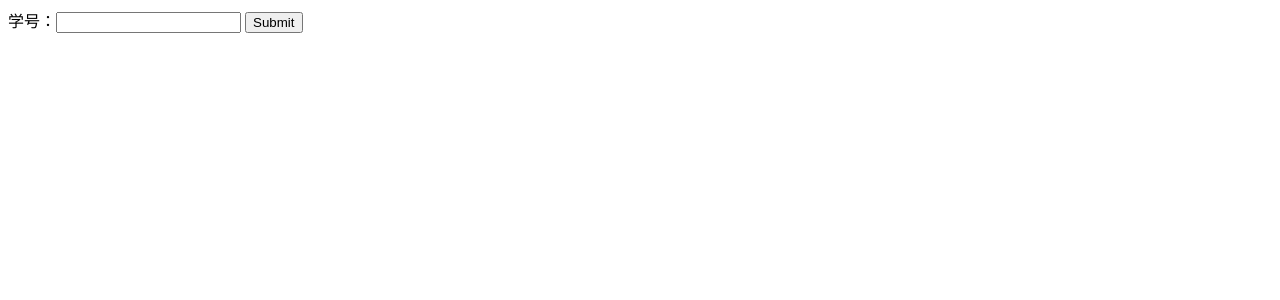
Repository: mastery001/core
Page: http://localhost/Autumn2.1/
An editor plug-in stored every save of this project. The page is shown before and after the next save, followed by the edit.
The browser window is 1280 px wide. The pictures show the whole page.
The page is served by Tomcat 9.

Above is the page before, as saved 2015-05-13 12:11:14.

After the next save:
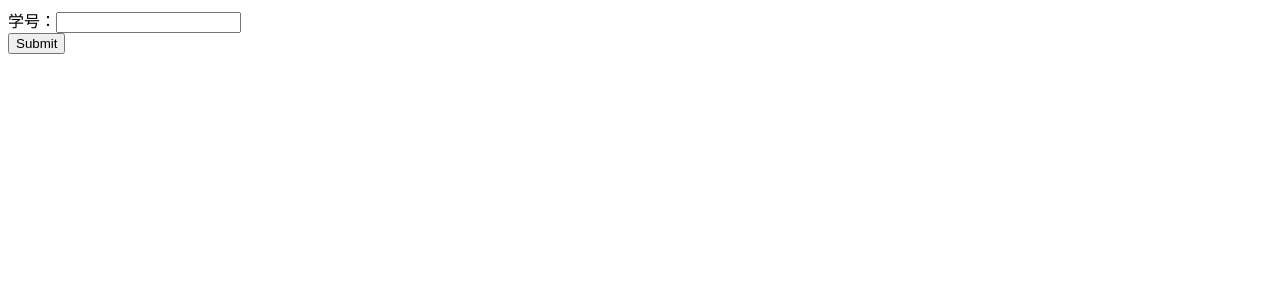
Saved 4 s later.
--- a/Autumn2.1/WebRoot/index.jsp
+++ b/Autumn2.1/WebRoot/index.jsp
@@ -22,7 +22,7 @@ String basePath = request.getScheme()+"://"+request.getServerName()+":"+request.
 
   <body>
     <form action="User_add.do" method="post">
-    	学号：<input type="text" name="u_id" />
+    	学号：<input type="text" name="u_id" /><br>
     	<input type="submit" value="Submit" />
     </form>
   </body>
